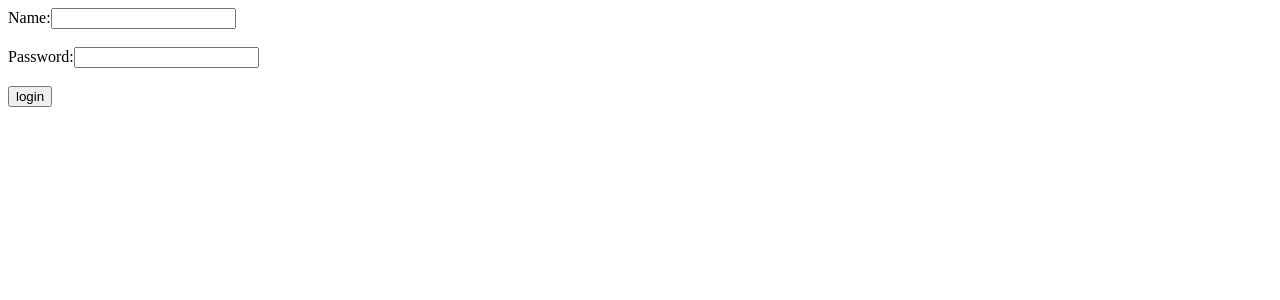
Repository: pawankas/Java_Mini_Project
Page: http://localhost/AirReservation/Login.jsp
These files come from the project's save history. The page is drawn as it stood at one moment and after the next save; the edit follows.
The browser window is 1280 px wide. The pictures show the whole page.
The page is served by Tomcat 9. Other server files are loaded and not shown.

Above is the page before, as saved 2022-03-12 03:49:35.

### final/AirReservation/WebContent/Login.jsp
<%@ page language="java" contentType="text/html; charset=ISO-8859-1"
	pageEncoding="ISO-8859-1"%>
<!DOCTYPE html>
<html>
<head>
<meta charset="ISO-8859-1">
<title>Insert title here</title>
</head>
<body>
	<form action="LoginServlet" method="post">
		Name:<input type="text" name="emailid" /><br />
		<br /> Password:<input type="password" name="password" /><br />
		<br /> <input type="submit" value="login" />
	</form>
</body>
</html>

After the next save:
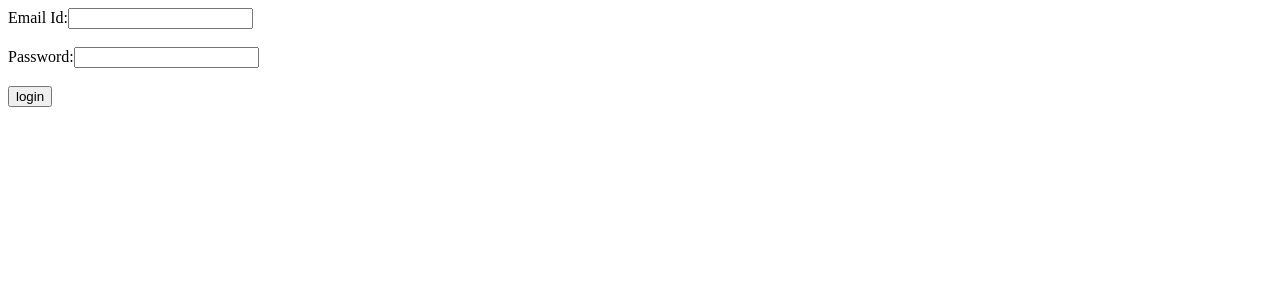
Saved 42 s later.
--- a/final/AirReservation/WebContent/Login.jsp
+++ b/final/AirReservation/WebContent/Login.jsp
@@ -8,7 +8,7 @@
 </head>
 <body>
 	<form action="LoginServlet" method="post">
-		Name:<input type="text" name="emailid" /><br />
+		Email Id:<input type="text" name="emailid" /><br />
 		<br /> Password:<input type="password" name="password" /><br />
 		<br /> <input type="submit" value="login" />
 	</form>
